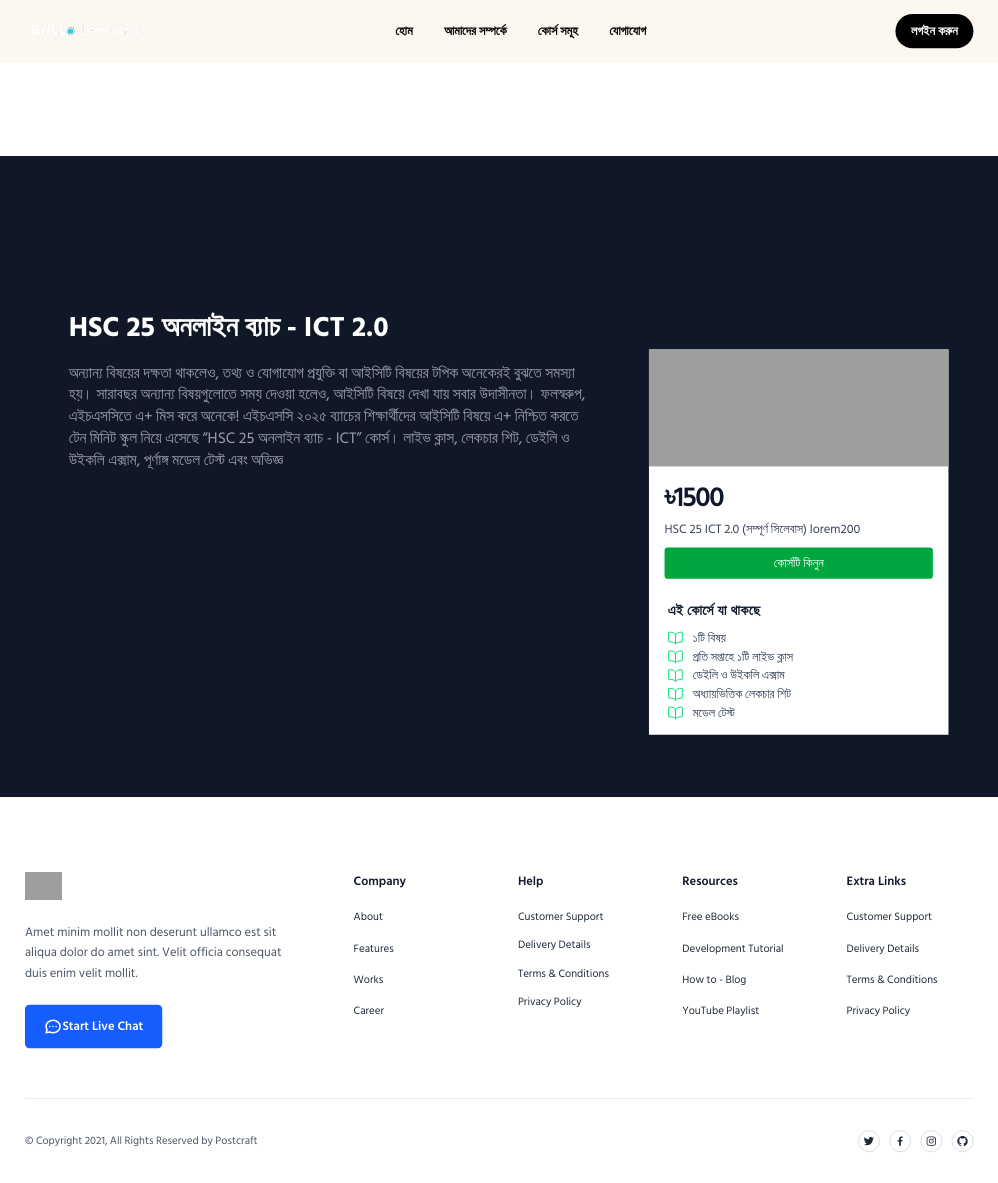
Repository: Ruddro420/course-selling
Page: /single-course
These files come from the project's save history. The page is drawn as it stood at one moment and after the next save; the edit follows.
The browser window is 1280 px wide. The pictures show the whole page, at 78% of full size.
Pictures or frames that could not be fetched are drawn as grey boxes. The project was rebuilt for these pictures with package versions that can differ from the ones it lists, and the page was loaded fresh each time. Also part of the build but not shown: vite.config.js, src/components/AboutSection.jsx, src/components/ContactSection.jsx, src/components/CourseSection.jsx, src/components/Hero.jsx, src/components/TeamSection.jsx, src/components/WhyUsSection.jsx, src/pages/Home.jsx and 2 more.

Above is the page before, as saved 2025-02-06 03:28:45.

After the next save:
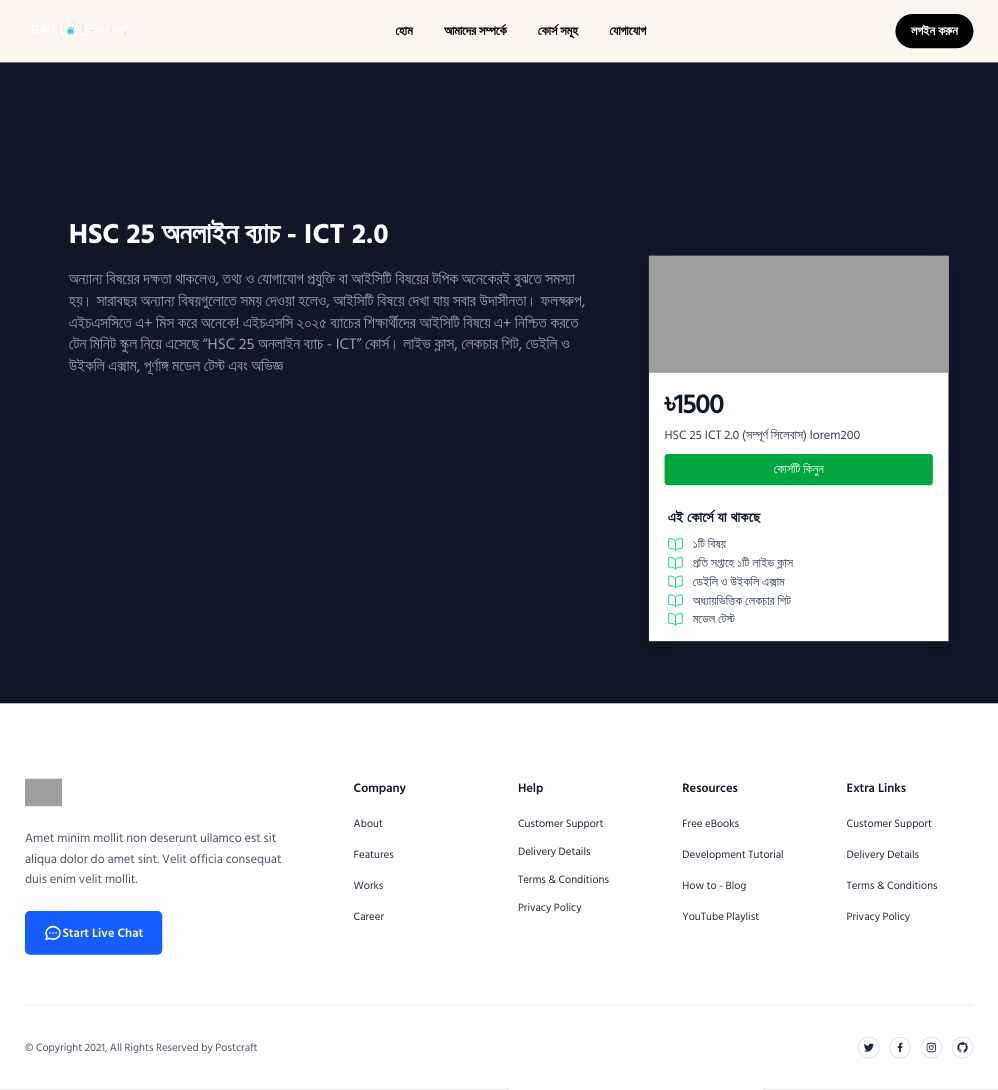
Saved 35 s later.
--- a/src/components/courseComponent/CourseHero.jsx
+++ b/src/components/courseComponent/CourseHero.jsx
@@ -2,7 +2,7 @@ import { IoBookOutline } from "react-icons/io5";
 
 const CourseHero = () => {
   return (
-    <div className="pt-[120px]">
+    <div className="">
       <div className="bg-gray-900 py-20 course-hero-section  flex items-center justify-between mx-auto p-4 ">
         <div className="container mx-auto mt-10 max-w-screen-xl md:px-12">
           <div className="flex flex-col course-hero md:flex-row md:gap-12">
